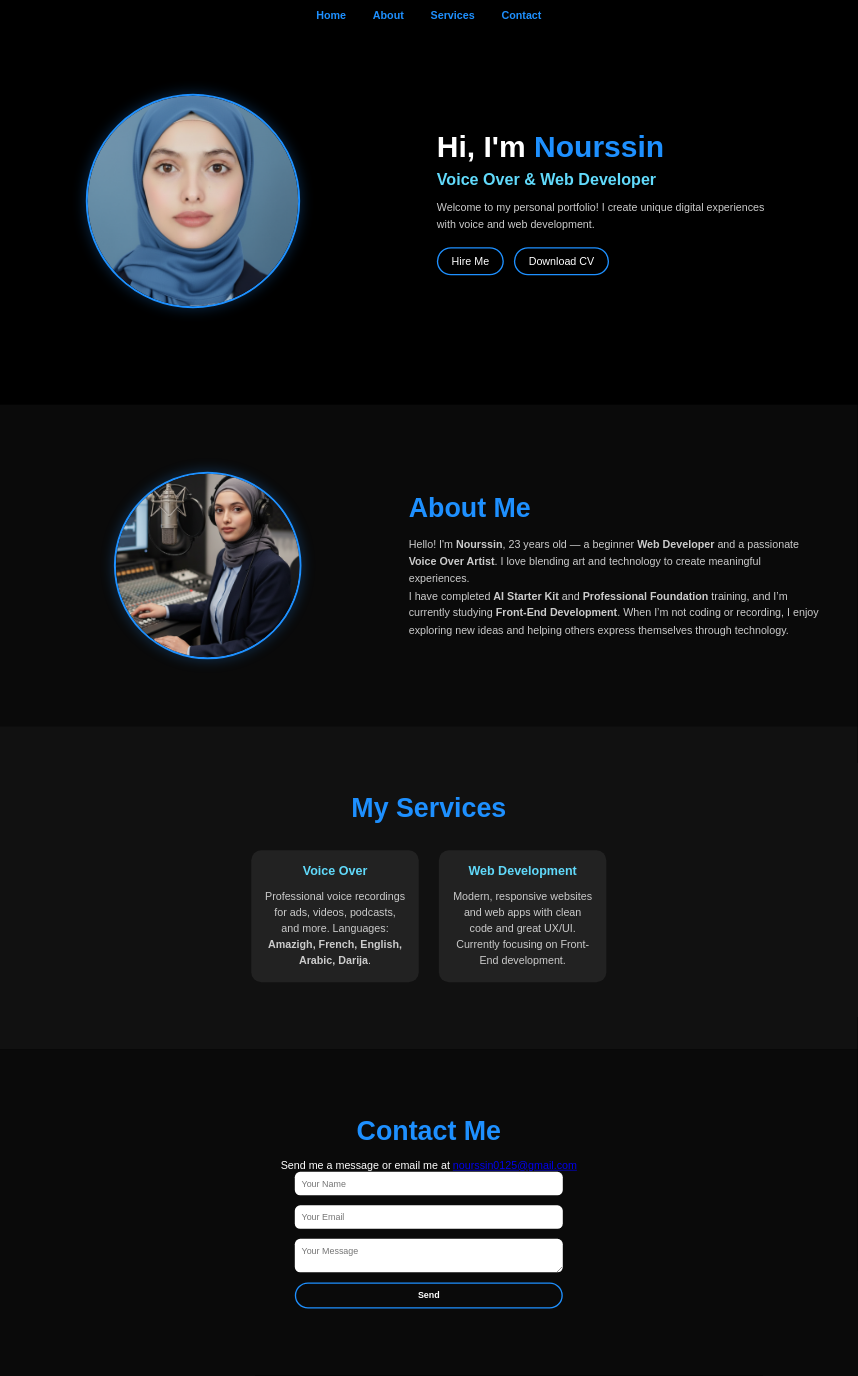
Repository: Abidar-Noura/portfolio
Page: index.html
An editor plug-in stored every save of this project. The page is shown before and after the next save, followed by the edit.
The browser window is 1280 px wide. The pictures show the whole page, at 67% of full size.

Above is the page before, as saved 2025-11-02 12:55:02.

After the next save:
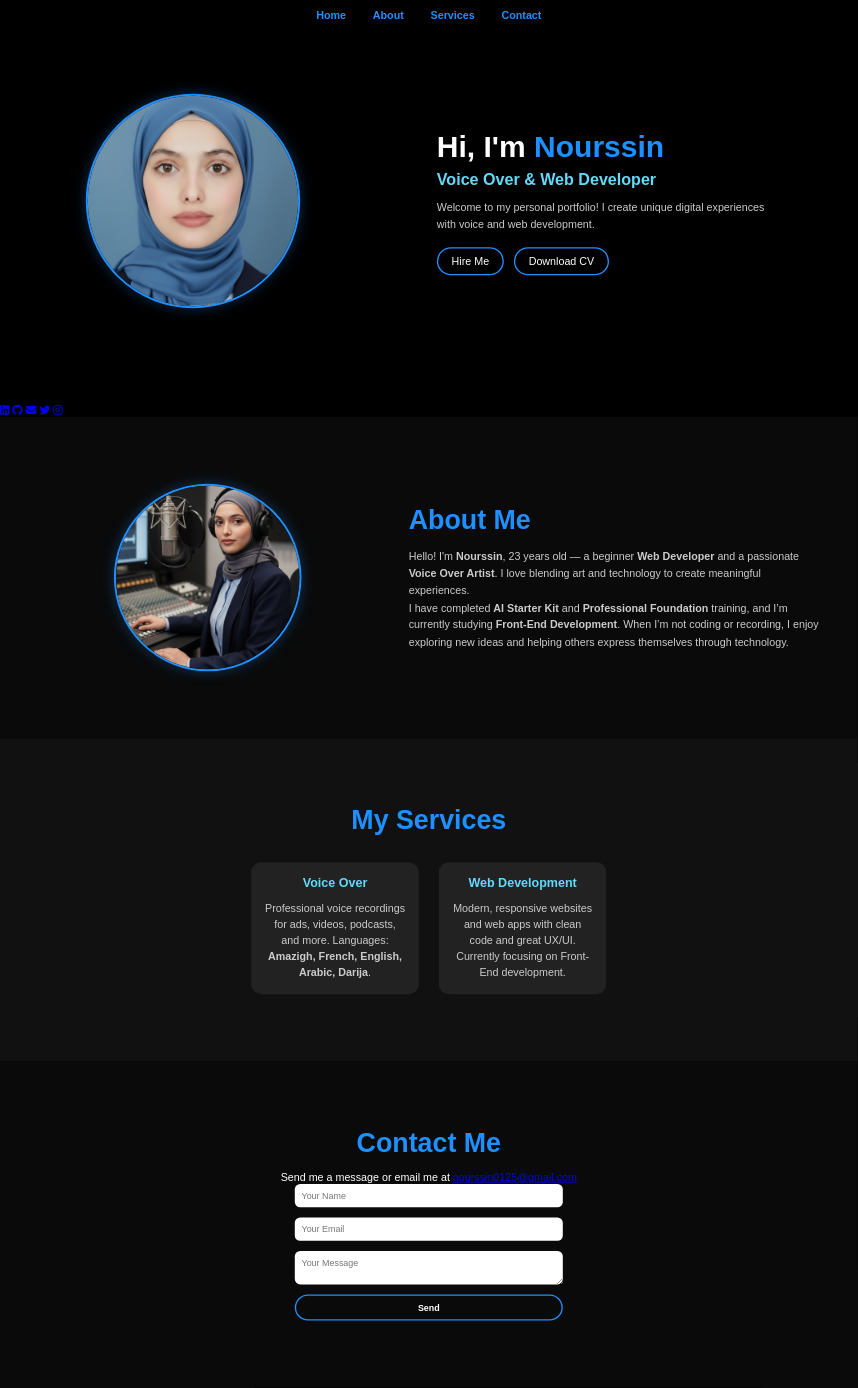
Saved 34 s later.
--- a/index.html
+++ b/index.html
@@ -37,6 +37,14 @@
       <img src="images/profile.png" alt="Nourssin Profile">
     </div>
   </section>
+  <div class="socials">
+  <a href="https://www.linkedin.com/in/nourssin" target="_blank"><i class="fab fa-linkedin"></i></a>
+  <a href="https://github.com/Nourssin" target="_blank"><i class="fab fa-github"></i></a>
+  <a href="mailto:nourssin@example.com"><i class="fas fa-envelope"></i></a>
+  <a href="https://twitter.com/Nourssin" target="_blank"><i class="fab fa-twitter"></i></a>
+  <a href="https://instagram.com/Nourssin" target="_blank"><i class="fab fa-instagram"></i></a>
+</div>
+
 
   <!-- ===== ABOUT SECTION ===== -->
  <section id="about" class="about">
